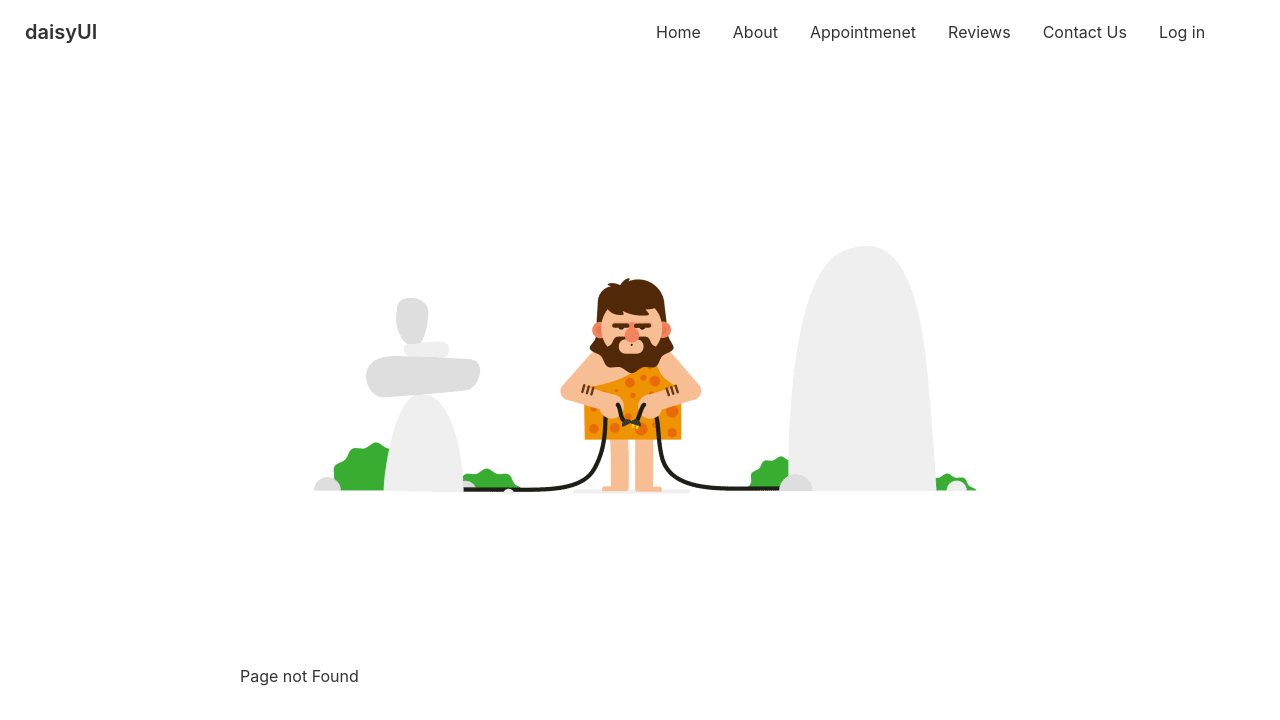
Repository: Tanvir3744/Doctors-client-website
Page: /appointment
The author's editor kept a copy of each file at every save. The page is drawn from the files as they stood at one save, then again after the next save.
The browser window is 1280 px wide. The pictures show the whole page.
The project was rebuilt for these pictures with package versions that can differ from the ones it lists, and the page was loaded fresh each time. Also part of the build but not shown: src/Pages/About/About.js, src/components/ChildInfoCards.js, src/components/InfoCards.js, src/Pages/Home/Banner/Banner.js, src/Pages/Home/Home.js, src/Pages/Login/Login.js.

Above is the page before, as saved 2022-05-25 19:40:52.

After the next save:
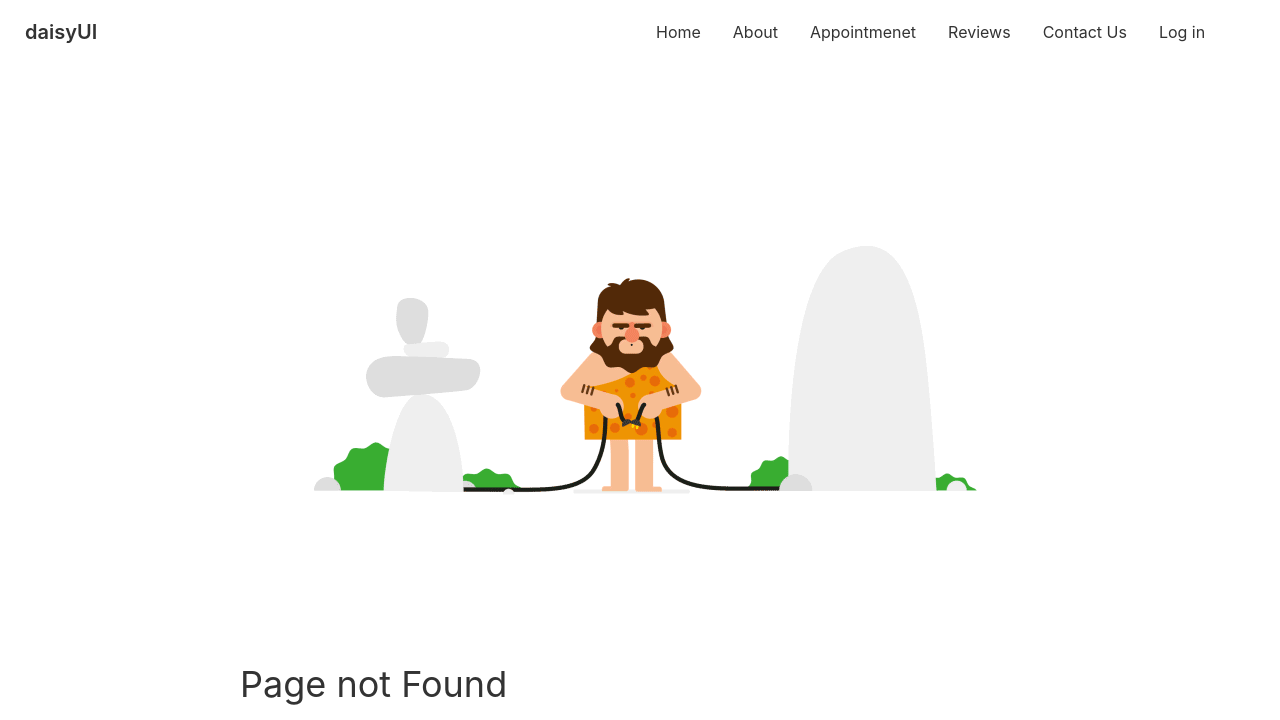
Saved 23 s later.
--- a/src/Pages/NotFound/NotFound.js
+++ b/src/Pages/NotFound/NotFound.js
@@ -4,7 +4,7 @@ const NotFound = () => {
     return (
         <div className='grid place-content-center'>
             <img src={Disconnected} alt="" />
-            <h1 className="font-4xl"> Page not Found</h1>
+            <h1 className="text-4xl"> Page not Found</h1>
         </div>
     );
 };
